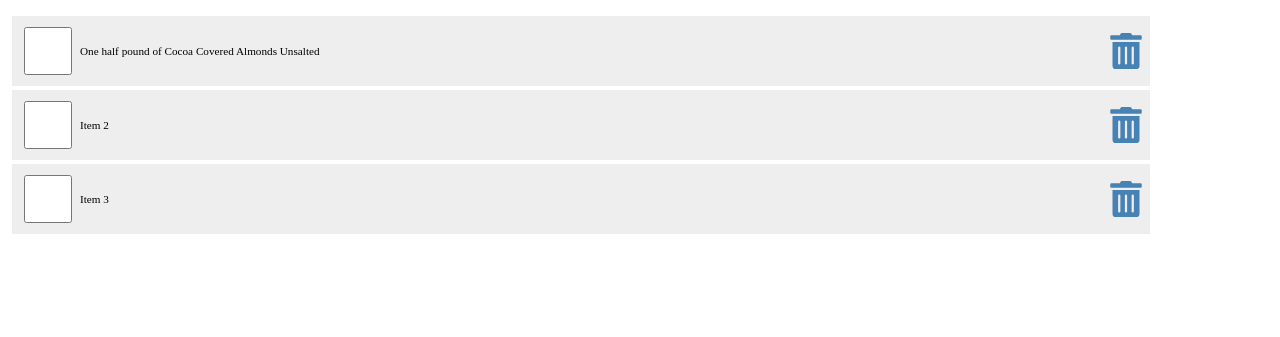
Repository: akinmiday/react-series
Page: /
An editor plug-in stored every save of this project. The page is shown before and after the next save, followed by the edit.
The browser window is 1280 px wide. The pictures show the whole page.
The project was rebuilt for these pictures with package versions that can differ from the ones it lists, and the page was loaded fresh each time. Also part of the build but not shown: vite.config.js, src/index.css.

Above is the page before, as saved 2023-08-21 18:49:00.

After the next save:
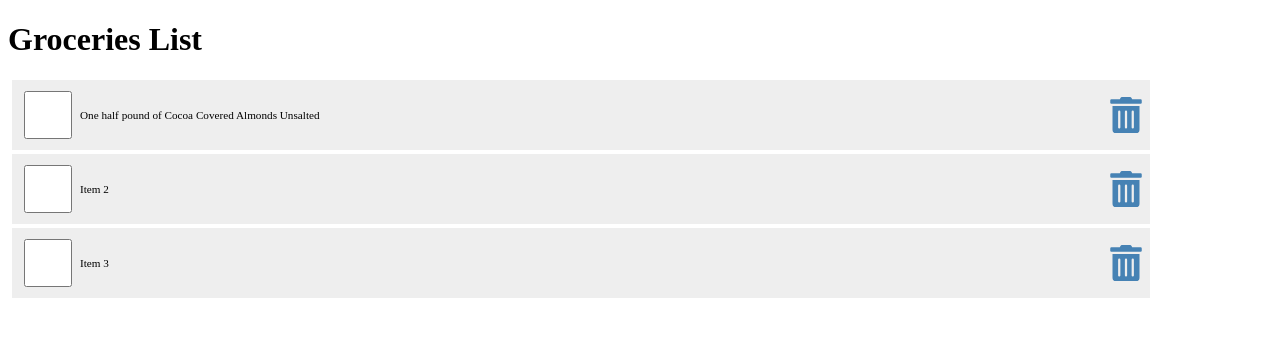
Saved 14 s later.
--- a/src/App.jsx
+++ b/src/App.jsx
@@ -1,5 +1,6 @@
 import './App.css'
 import Content from './Content'
+import Header from './Header'
 
 const App = () => {
 
@@ -7,6 +8,7 @@ const App = () => {
 
   return (
     <>
+      <Header />
       <Content />
     </>
   )
